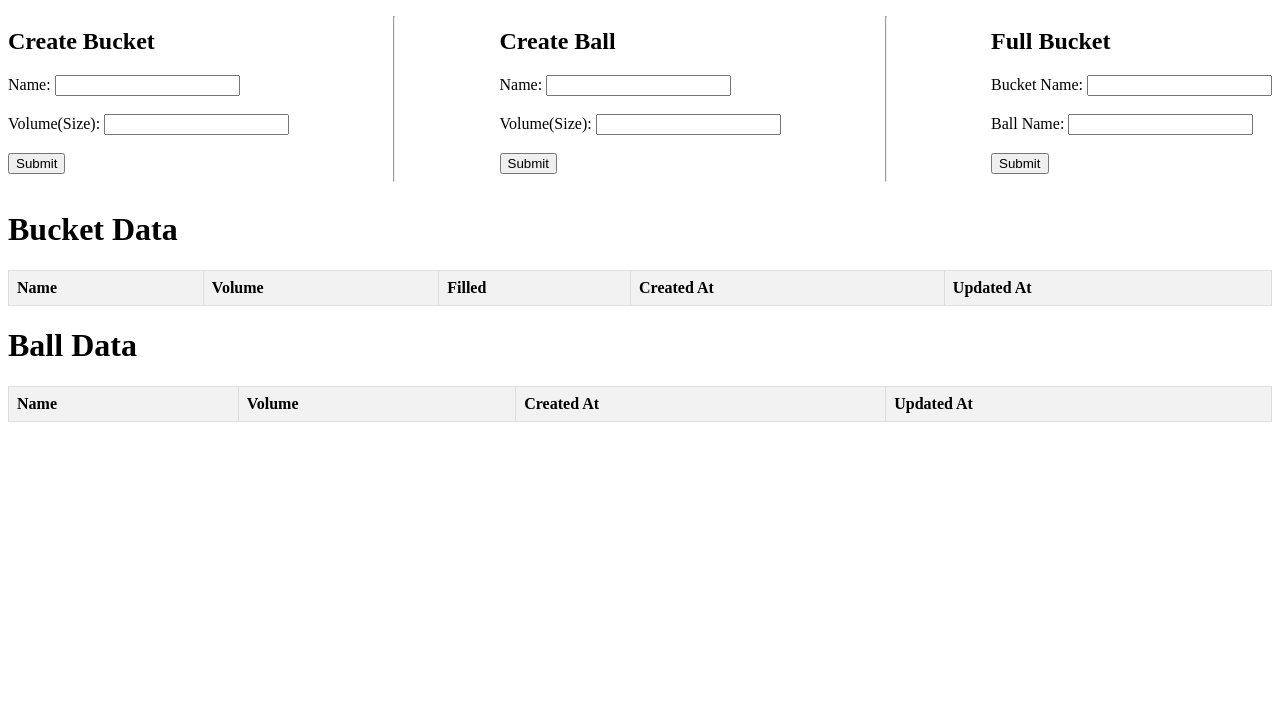
Repository: RajatPalankar8/nodejs_bucket_ball_task_new
Page: http://localhost/
An editor plug-in stored every save of this project. The page is shown before and after the next save, followed by the edit.
The browser window is 1280 px wide. The pictures show the whole page.
The page is served by the project's Node server (index.js). Queries for data that is not in the repository find no rows.

Above is the page before, as saved 2023-07-28 11:14:59.

After the next save:
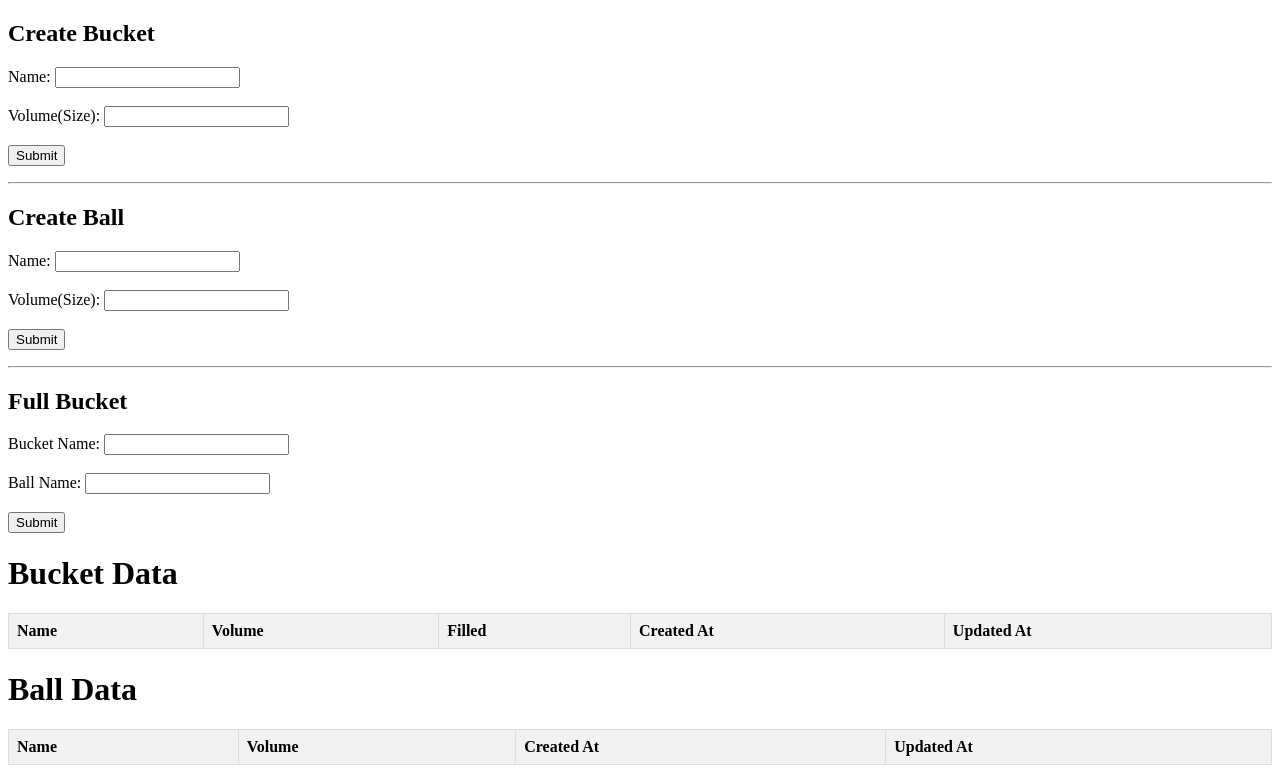
Saved 22 s later.
--- a/views/index.ejs
+++ b/views/index.ejs
@@ -23,7 +23,7 @@
 </head>
 
 <body>
-  <div style="display: flex;">
+  <div style="display: flex-left;">
 
 
     <form id="form1">
